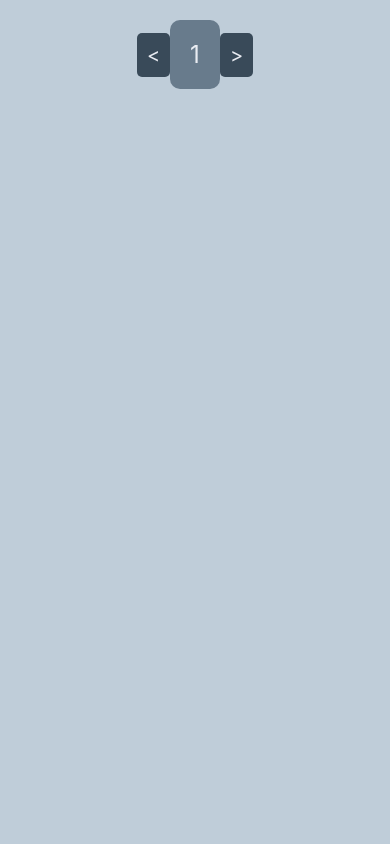
Repository: Deyvid-Kasteh/LotofacilApp
Screen: /
These files come from the project's save history. The screen is drawn as it stood at one moment and after a run of saves; the edit follows.
The app was drawn by React Native's web renderer in a window 390 px wide. The project was rebuilt for these pictures with package versions that can differ from the ones it lists, and the page was loaded fresh each time. Also part of the build but not shown: Bolhas.js, components/Resultado.js, paginaTESTE2.js, SeuComponentePai.js, components/Jogo.js, components/ResultadoTexte2.js.

Above is the screen before, as saved 2023-12-03 01:09:10.

### App.js
import { StatusBar } from 'expo-status-bar';
import { Text, View } from 'react-native';
import MainPage from './pages/MainPage';

export default function App() {
  return (
    <MainPage/>
  );
}

### pages/MainPage.js
import { View, Text } from 'react-native'
import React from 'react'
import { StatusBar } from "expo-status-bar";
import Resultado from '../components/Resultado';
import PaginaTesteee from '../paginaTESTE';
import Teste2pagina from '../paginaTESTE2';
import SeuComponentePai from '../SeuComponentePai';
import ResultadoTexte from '../components/ResultadoTexte';
import ResultadoTexte2 from '../components/ResultadoTexte2';
import MostrarJogosSalvos from '../components/MostrarJogosSalvos';
import ResultadoTexteParaFazerCorreções from '../paginaTESTE';
import PickerTeste from '../paginaTESTE';






const MainPage = () => {
  return (
    <View
      style={{
        flex: 1,
        alignItems: "center",
        justifyContent: "flex-start",
        backgroundColor: "#BFCDD9",
      }}
    >
      <StatusBar style="auto" />
      {/* <Text>Lotofácil</Text> */}
      {/* <Resultado /> */}
      {/* <PaginaTesteee /> */}
      {/* <Teste2pagina/> */}
      {/* <SeuComponentePai/> */}
      {/* <ResultadoTexte /> */}
      <PickerTeste />
      {/* <ResultadoTexte2/> */}
      {/* <MostrarJogosSalvos /> */}
    </View>
  );
}

export default MainPage

### paginaTESTE.js
import React, { useState } from "react";
import { View, Text, TouchableOpacity, StyleSheet } from "react-native";

const PickerTeste = () => {
  const [selectedNumber, setSelectedNumber] = useState(1);

  const handleLeftArrowPress = () => {
    if (selectedNumber > 1) {
      setSelectedNumber(selectedNumber - 1);
    }
  };

  const handleRightArrowPress = () => {
    if (selectedNumber < 7) {
      setSelectedNumber(selectedNumber + 1);
    }
  };

  return (
    <View style={styles.container}>
      <TouchableOpacity
        onPress={handleLeftArrowPress}
        style={styles.arrowButton}
      >
        <Text style={styles.arrowText}>{"<"}</Text>
      </TouchableOpacity>

      <View style={styles.selectedNumberContainer}>
        <Text style={styles.selectedNumberText}>{selectedNumber}</Text>
      </View>

      <TouchableOpacity
        onPress={handleRightArrowPress}
        style={styles.arrowButton}
      >
        <Text style={styles.arrowText}>{">"}</Text>
      </TouchableOpacity>
    </View>
  );
};

const styles = StyleSheet.create({
  container: {
    flexDirection: "row",
    alignItems: "center",
    justifyContent: "space-between",
    paddingHorizontal: 20,
    marginTop: 20,
  },
  arrowButton: {
    backgroundColor: "#394A59",
    padding: 10,
    borderRadius: 5,
  },
  arrowText: {
    color: "#E9ECF2",
    fontSize: 20,
  },
  selectedNumberContainer: {
    backgroundColor: "#687B8C",
    padding: 20,
    borderRadius: 10,
  },
  selectedNumberText: {
    color: "#E9ECF2",
    fontSize: 24,
  },
});

export default PickerTeste;

### components/ResultadoTexte.js
import { View, Text, TouchableOpacity } from "react-native";
import React, { useState } from "react";
import AsyncStorage from "@react-native-async-storage/async-storage";

import Bubble from "./Bubble";
import latestJson from "../Latest.json";
import Bolhas from "../Bolhas";
import Jogo from "./Jogo";
import MostrarJogosSalvos from "./MostrarJogosSalvos";

// Defina constantes para cores
const backgroundColor1 = "#687B8C";
const backgroundColor2 = "#394A59";
const backgroundColor3 = "#E9ECF2";

const bolhasContainerStyle = {
  flexWrap: "wrap",
  flexDirection: "row",
  alignContent: "center",
  justifyContent: "space-evenly",
};
const ResultadoTexte = () => {
  const [viewHeight, setViewHeight] = useState(50);
  const toggleHeight = () => {
    const newHeight = viewHeight === 50 ? 200 : 50;
    setViewHeight(newHeight);
    console.log("mudou");
  };

  const [alturaView1, setAlturaView1] = useState(200);
  const toggleAltura = () => {
    const novaAltura = alturaView1 === 200 ? 50 : 200;
    setAlturaView1(novaAltura);
  };

  const [alturaView3, setAlturaView3] = useState(200);
  const toggleAlturaView3 = () => {
    const novaAlturaView3 = alturaView3 === 200 ? 50 : 200;
    setAlturaView3(novaAlturaView3);
  };

  const dezenas = latestJson.Dezenas;

  const renderFazerJogo = () => {
    const [chosenNumbers, setChosenNumbers] = useState([]);
    const bolhasSelecionadas = chosenNumbers.length;
    const onSaveJogoPress = async () => {
      if (bolhasSelecionadas === 15) {
        try {
          // Recupera os jogos já salvos (se existirem)
          const jogosSalvosJSON = await AsyncStorage.getItem("meusJogos");
          const jogosSalvos = jogosSalvosJSON
            ? JSON.parse(jogosSalvosJSON)
            : [];

          // Cria um objeto representando o jogo atual
          const jogoAtual = {
            numerosSelecionados: chosenNumbers,
            data: new Date().toLocaleString(),
          };

          // Adiciona o jogo atual à lista de jogos
          jogosSalvos.push(jogoAtual);

          // Salva a lista atualizada de jogos no AsyncStorage
          await AsyncStorage.setItem("meusJogos", JSON.stringify(jogosSalvos));

          console.log("Jogo salvo!");
          // Limpa os números escolhidos após salvar o jogo
          setChosenNumbers([]);
        } catch (error) {
          console.error("Erro ao salvar o jogo:", error);
        }
      } else {
        console.log("Selecione exatamente 15 números para salvar o jogo.");
      }
    };
    const handleBolhaPress = (numero) => {
      if (chosenNumbers.includes(numero)) {
        setChosenNumbers(chosenNumbers.filter((num) => num !== numero));
      } else {
        if (bolhasSelecionadas < 15) {
          setChosenNumbers([...chosenNumbers, numero]);
        }
      }
    };
    const dezenasParaEscolher = Array.from({ length: 25 }, (_, i) => i + 1);

    if (viewHeight === 50) {
      return null;
    } else {
      return (
        <View style={{ justifyContent: "center", alignItems: "center" }}>
          <View style={{}}>
            <Text
              style={{
                color: backgroundColor3,
                fontSize: 16,
              }}
            >
              Escolha 15 números
            </Text>
          </View>
          <View style={bolhasContainerStyle}>
            {dezenasParaEscolher.map((numero, index) => (
              <Bolhas
                key={index}
                numero={numero}
                choose={chosenNumbers.includes(numero)}
                onPress={() => handleBolhaPress(numero)}
              />
            ))}
          </View>
          <View key="números" style={{}}>
            <Text
              style={{
                color: backgroundColor3,
                fontSize: 16,
              }}
            >
              {bolhasSelecionadas} números selecionados
            </Text>
            <TouchableOpacity onPress={onSaveJogoPress}>
              <Text
                style={{
                  color: bolhasSelecionadas === 15 ? "green" : backgroundColor3,
                }}
              >
                SALVAR JOGO
              </Text>
            </TouchableOpacity>
            {/* <TouchableOpacity onPress={onDeleteJogosPress}>
              <Text style={{ color: "red" }}>DELETAR JOGOS</Text>
            </TouchableOpacity> */}
          </View>
        </View>
      );
    }
  };

  const renderConferirJogos = () => {
    if (alturaView3 === 50) {
      return null; // Retorna null se a altura for 50
    } else {
      return (
        <View style={bolhasContainerStyle}>
          <MostrarJogosSalvos />
        </View>
      );
    }
  };

  return (
    <View
      style={{
        flex: 1,
        justifyContent: "center",
        alignItems: "center",
      }}
    >
      <View
        style={{
          width: 300,
          height: 50,
          borderRadius: 50,
          alignItems: "center",
          justifyContent: "center",
          elevation: 2,
          backgroundColor: backgroundColor1,
          marginBottom: 10,
        }}
      >
        <Text
          style={{
            color: backgroundColor3,
            fontSize: 27,
          }}
        >
          LOTOFÁCIL
        </Text>
      </View>

      <View
        key="1"
        style={[
          {
            width: 300,
            padding: 10,
            borderRadius: 50,
            alignItems: "center",
            elevation: 2,
            backgroundColor: backgroundColor1,
            marginBottom: 10,
          },
          alturaView1 === 50
            ? { width: 250, backgroundColor: "#E9ECF2" }
            : { width: 300, backgroundColor: "#687B8C" },
        ]}
      >
        <TouchableOpacity
          style={[
            {
              width: 240,
              backgroundColor: backgroundColor3,
              elevation: 5,
              justifyContent: "center",
              alignItems: "center",
              padding: 10,
              borderRadius: 20,
              marginBottom: 5,
            },
            alturaView1 === 50
              ? { width: 190, backgroundColor: "#BFCDD9" }
              : { width: 240, backgroundColor: "#E9ECF2" },
          ]}
          onPress={() => toggleAltura()}
        >
          <Text
            style={{
              fontSize: 20,
              color: alturaView1 === 50 ? backgroundColor1 : backgroundColor2,
            }}
          >
            Último Sorteio
          </Text>
        </TouchableOpacity>

        {alturaView1 === 200 && (
          <View style={bolhasContainerStyle}>
            {dezenas.map((numero, index) => (
              <Bubble key={index} numero={numero} />
            ))}
          </View>
        )}
      </View>

      <View
        key="2"
        style={[
          {
            width: 300,
            padding: 10,
            borderRadius: 50,
            alignItems: "center",
            elevation: 2,
            marginBottom: 10,
          },
          viewHeight === 50
            ? { width: 250, backgroundColor: "#E9ECF2" }
            : { width: 300, backgroundColor: "#687B8C" },
        ]}
      >
        <TouchableOpacity
          style={[
            {
              width: 240,
              elevation: 5,
              justifyContent: "center",
              alignItems: "center",
              padding: 10,
              borderRadius: 20,
              marginBottom: 5,
            },
            viewHeight === 50
              ? { width: 190, backgroundColor: "#BFCDD9" }
              : { width: 240, backgroundColor: "#E9ECF2" },
          ]}
          onPress={() => toggleHeight()}
        >
          <Text
            style={{
              fontSize: 20,
              color: viewHeight === 50 ? backgroundColor1 : backgroundColor2,
            }}
          >
            Fazer um Jogo
          </Text>
        </TouchableOpacity>
        {renderFazerJogo()}
      </View>
      <View
        key="3"
        style={[
          {
            width: 300,
            padding: 10,
            borderRadius: 50,
            alignItems: "center",
            elevation: 2,
          },
          alturaView3 === 50
            ? { width: 250, backgroundColor: "#E9ECF2" }
            : { width: 370, backgroundColor: "#687B8C" },
        ]}
      >
        <TouchableOpacity
          style={[
            {
              width: 240,
              elevation: 5,
              justifyContent: "center",
              alignItems: "center",
              padding: 10,
              borderRadius: 20,
              marginBottom: 5,
            },
            alturaView3 === 50
              ? { width: 190, backgroundColor: "#BFCDD9" }
              : { width: 240, backgroundColor: "#E9ECF2" },
          ]}
          onPress={() => toggleAlturaView3()}
        >
          <Text
            style={{
              fontSize: 20,
              color: alturaView3 === 50 ? backgroundColor1 : backgroundColor2,
            }}
          >
            Meus Jogos
          </Text>
        </TouchableOpacity>
        {renderConferirJogos()}
        {/* <MostrarJogosSalvos/> */}
      </View>
    </View>
  );
};

export default ResultadoTexte;

### components/MostrarJogosSalvos.js
import React, { useState, useEffect } from "react";
import { View, Text, TouchableOpacity } from "react-native";
import AsyncStorage from "@react-native-async-storage/async-storage";
import Jogo from "./Jogo";
import * as Cores from "../assets/Cores";


const MostrarJogosSalvos = () => {
  const [jogosSalvos, setJogosSalvos] = useState([]);

  // Adicione a função saveJogos
  const saveJogos = async (jogos) => {
    try {
      await AsyncStorage.setItem("meusJogos", JSON.stringify(jogos));
    } catch (error) {
      console.error("Erro ao salvar jogos:", error);
    }
  };

  const handleDelete = async (index) => {
    try {
      const jogosAtualizados = [...jogosSalvos];
      jogosAtualizados.splice(index, 1);

      await saveJogos(jogosAtualizados);

      setJogosSalvos(jogosAtualizados);
    } catch (error) {
      console.error("Erro ao deletar jogo:", error);
    }
  };

  useEffect(() => {
    const carregarJogosSalvos = async () => {
      try {
        const jogosSalvosJSON = await AsyncStorage.getItem("meusJogos");
        const jogosSalvos = jogosSalvosJSON ? JSON.parse(jogosSalvosJSON) : [];
        setJogosSalvos(jogosSalvos);
      } catch (error) {
        console.error("Erro ao carregar jogos salvos:", error);
      }
    };

    carregarJogosSalvos();
  }, []);

  return (
    <View
      style={{
        borderRadius: 20,
        backgroundColor: Cores.cor1,
        marginTop: 10,
        marginBottom: 80,
      }}
    >
      <View
        style={{
          margin: 10,
        }}
      >
        <Text>Comparar jogos com sortei:</Text>
      </View>
      {jogosSalvos.length === 0 ? (
        <Text>Nenhum jogo salvo ainda</Text>
      ) : (
        jogosSalvos.map((jogo, index) => (
          <Jogo
            key={index}
            numerosSelecionados={jogo.numerosSelecionados}
            onDelete={() => handleDelete(index)}
          />
        ))
      )}
    </View>
  );
};

export default MostrarJogosSalvos;

### components/Bubble.js
import { View, Text } from "react-native";
import React from "react";

const Bubble = (props) => {
  if (props.choose) {console.log(props.choose)}
  return (
    <View
      style={[
        {
          width: 35,
          height: 35,
          // backgroundColor: "#394A59",
          // backgroundColor: "#687B8C",

          borderRadius: 50,
          alignContent: "center",
          justifyContent: "center",
          alignItems: "center",
          margin: 6,
          // elevation: 5,
          opacity: 1,
        },
        props.choose
          ? { backgroundColor: "#394A59" }
          : { backgroundColor: "#687B8C" },
      ]}
    >
      <Text
        style={{
          color: "#E9ECF2",
          fontSize: 18,
        }}
      >
        {props.numero}
      </Text>
    </View>
  );
};

export default Bubble;

### Latest.json
{
  "concurso": 2960,
  "Data Sorteio": "22/11/2023",
  "Dezenas": [
    1,
    2,
    3,
    4,
    5,
    8,
    9,
    11,
    12,
    15,
    16,
    19,
    20,
    23,
    25
  ],
  "Ganhadores 15 acertos": 3,
  "Cidade / UF": "BRASILIA/DF; JARAGUA/GO; IPATINGA/MG",
  "Premio 15 Acertos": "R$1.639.439,24",
  "Ganhadores 14 Acertos": 433,
  "Premio 14 Acertos": "R$1.732,84",
  "Ganhadores 13 Acertos": 13831,
  "Premio 13 Acertos": "R$30,00",
  "Ganhadores 12 Acertos": 163567,
  "Premio 12 Acertos": "R$12,00",
  "Ganhadores 11 Acertos": 882304,
  "Premio 11 Acertos": "R$6,00"
}

### assets/Cores.js
export const cor1 = "#E9ECF2"; // Cor mais clara
export const cor2 = "#BFCDD9";
export const cor3 = "#95ACBF";
export const cor4 = "#687B8C";
export const cor5 = "#394A59"; // Cor mais escura

After the next 2 saves:
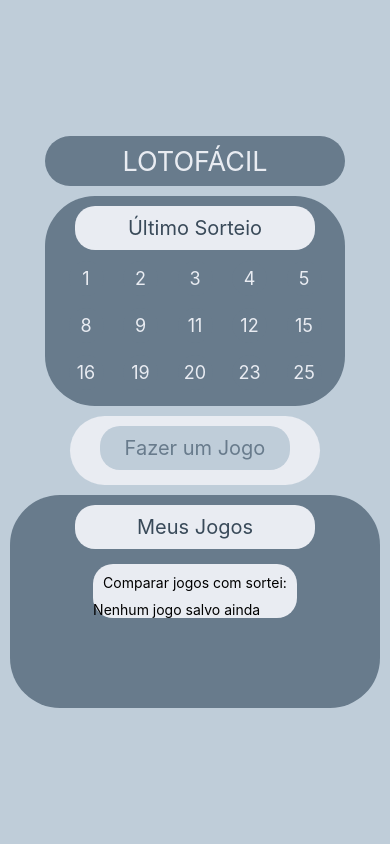
The 2 saves are shown as one change because they came seconds apart.
The last was saved 25 min 11 s later.
--- a/pages/MainPage.js
+++ b/pages/MainPage.js
@@ -32,8 +32,8 @@
       {/* <PaginaTesteee /> */}
       {/* <Teste2pagina/> */}
       {/* <SeuComponentePai/> */}
-      {/* <ResultadoTexte /> */}
-      <PickerTeste />
+      <ResultadoTexte />
+      {/* <PickerTeste /> */}
       {/* <ResultadoTexte2/> */}
       {/* <MostrarJogosSalvos /> */}
     </View>
